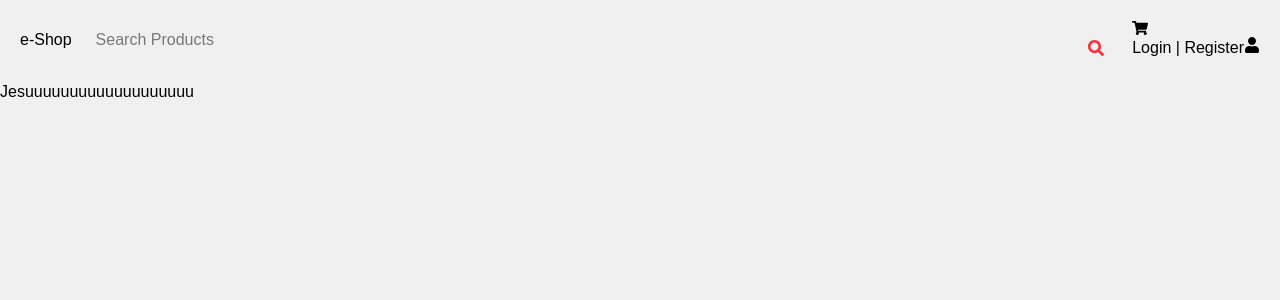
Repository: EmmyDunny1/frontend-ecommerce
Page: /
These files come from the project's save history. The page is drawn as it stood at one moment and after the next save; the edit follows.
The browser window is 1280 px wide. The pictures show the whole page.
The project was rebuilt for these pictures with package versions that can differ from the ones it lists, and the page was loaded fresh each time. Also part of the build but not shown: vite.config.js.

Above is the page before, as saved 2025-05-08 22:01:25.

After the next save:
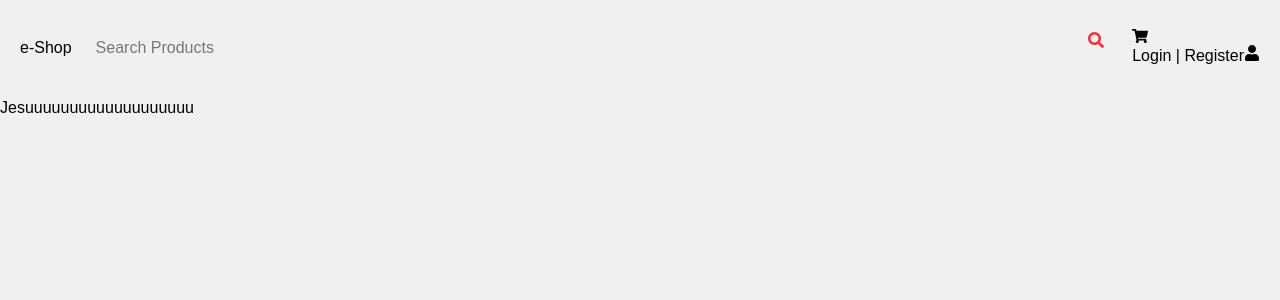
Saved 13 h 26 min later.
--- a/src/components/Navbar.jsx
+++ b/src/components/Navbar.jsx
@@ -11,7 +11,7 @@ const Navbar = () => {
         </div>
         <div className='relative flex-1 mx-4'>
           <form>
-            <input type="text" placeholder='Search Products' className='w-full px-2 py-' />
+            <input type="text" placeholder='Search Products' className='w-full px-2 py-4' />
             <FaSearch className='absolute top-3 right-3 text-red-500'/>
           </form>
         </div>
